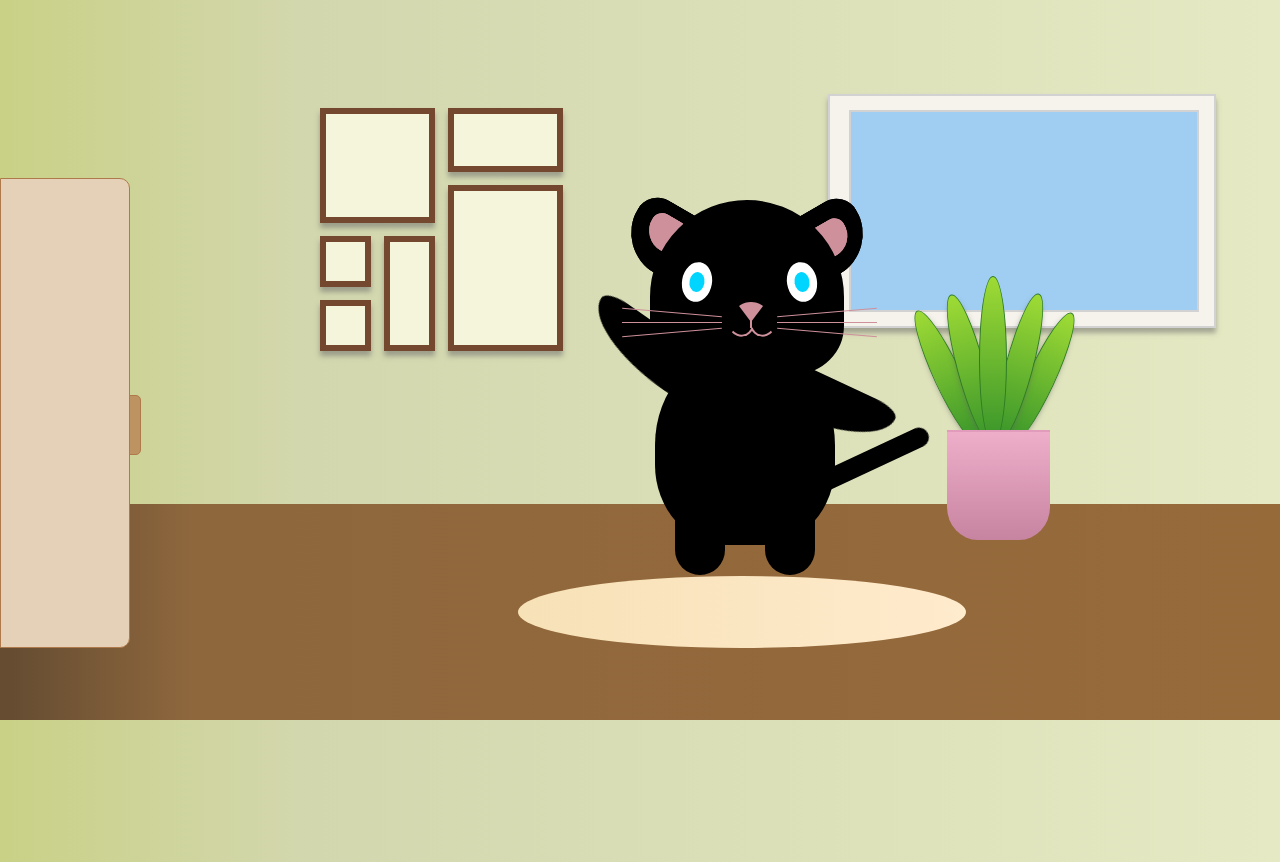
Repository: SandyLy453/COMP-2170-team-project
Page: index.html
These files come from the project's save history. The page is drawn as it stood at one moment and after the next save; the edit follows.
The browser window is 1280 px wide. The pictures show the whole page.

Above is the page before, as saved 2024-05-03 14:34:25.

After the next save:
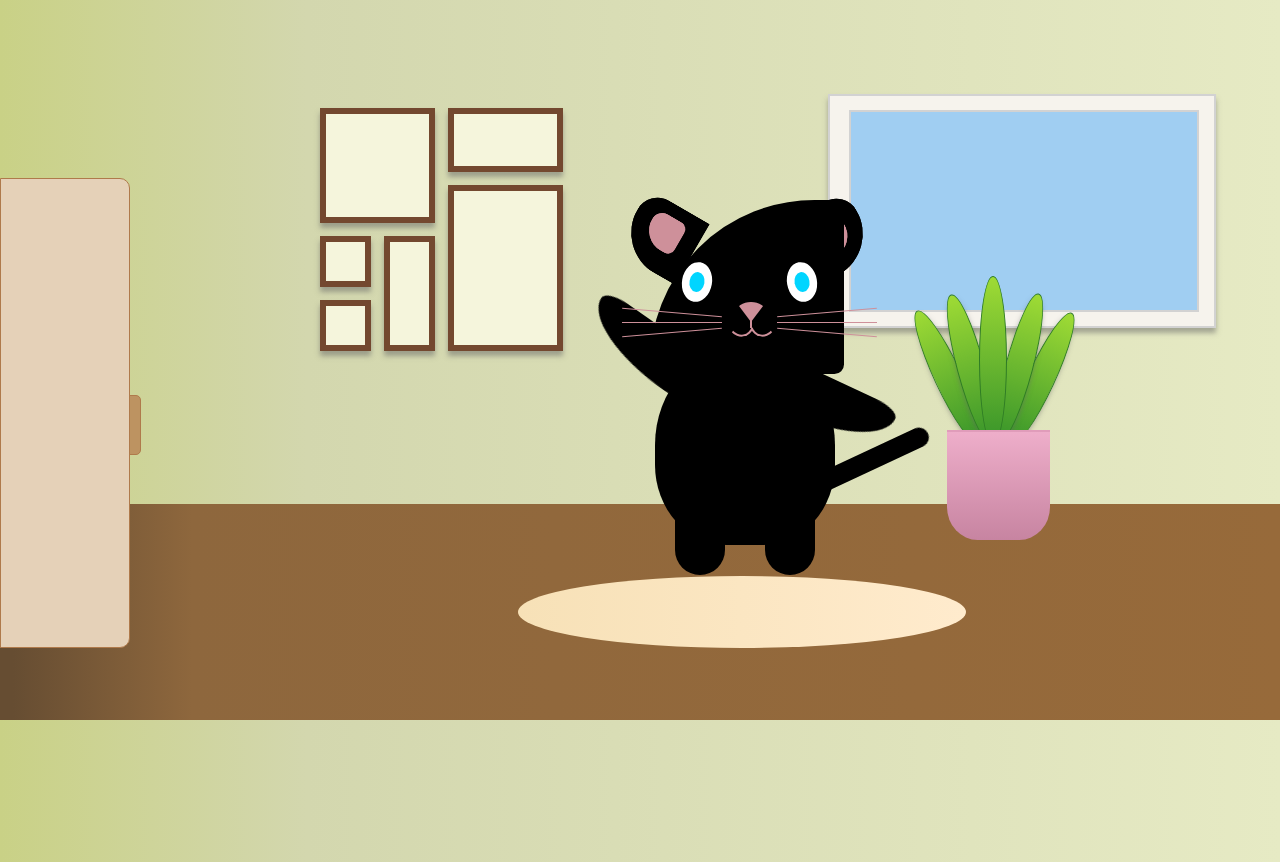
Saved 105 s later.
--- a/styles.css
+++ b/styles.css
@@ -295,7 +295,7 @@ body {
     width: 190px;
     height: 170px;
     border: 2px solid black;
-    border-radius: 200px 200px 100px 100px;
+    border-radius: 950px 95px 55px 55px;
 }
 
 .left-ear {
